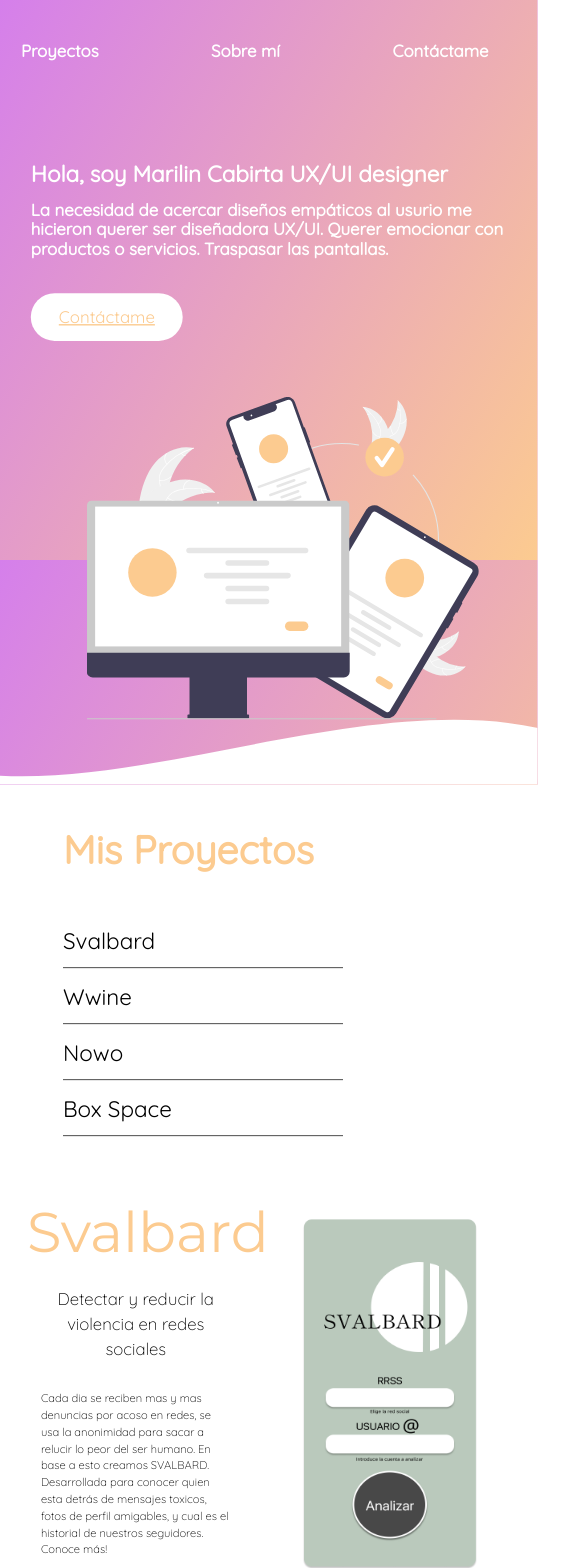
Repository: Marilyncabirta/portfolioHTML
Page: index.html
These files come from the project's save history. The page is drawn as it stood at one moment and after the next save; the edit follows.
The browser window is 768 px wide. The page is 818 px wide, so the pictures cover 818 px, including what lies to the right of the window. The pictures show the part of the page from y = 0 to 2240 px (the page is 4669 px tall), at 70% of full size.
Backgrounds fixed to the window are drawn as part of the page. Some web libraries are served in a nearby version.

Above is the page before, as saved 2022-12-16 13:14:40.

After the next save:
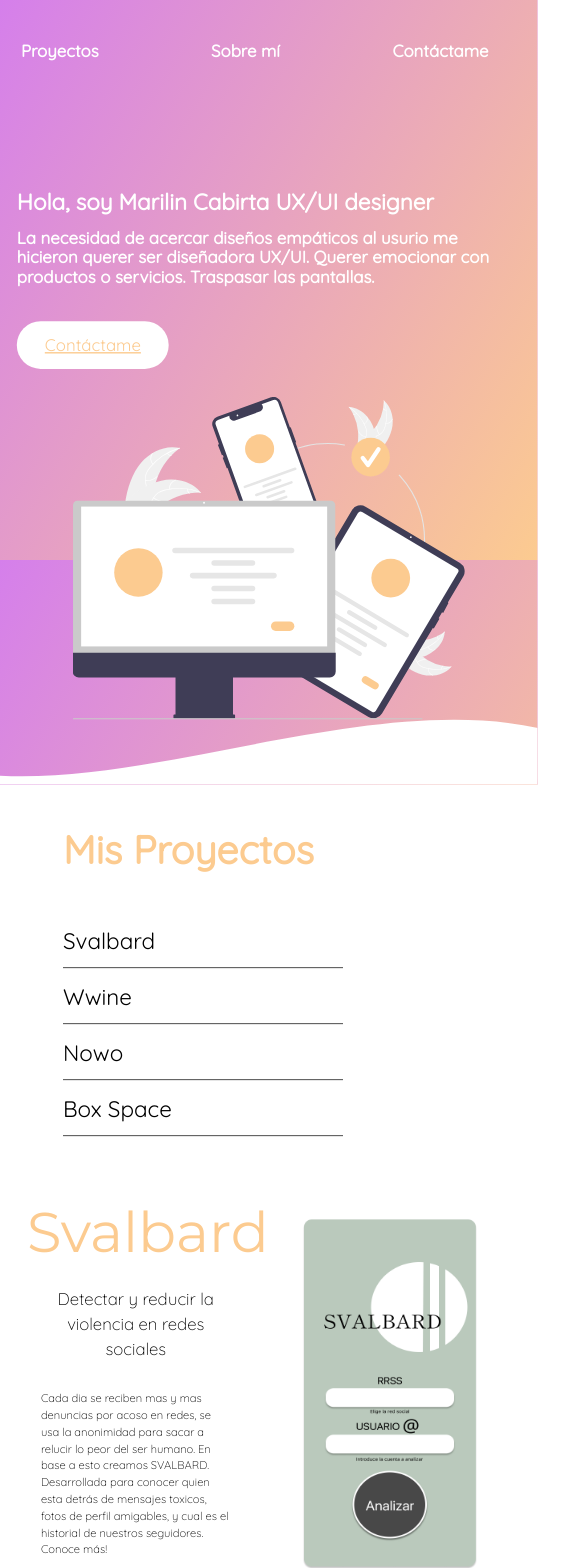
Saved 24 s later.
--- a/css/estilos.css
+++ b/css/estilos.css
@@ -355,6 +355,8 @@
         }
 
         .hero__contenedor{
+            width: auto;
+            height: auto;
             display: grid;
             grid-template-columns: 1fr ;
             justify-content: center;
@@ -368,8 +370,6 @@
             font-size: 2rem;
             margin-bottom: 20px;
         }
-
-
 
         .about__container{
             width: 90%;

After the save that followed:
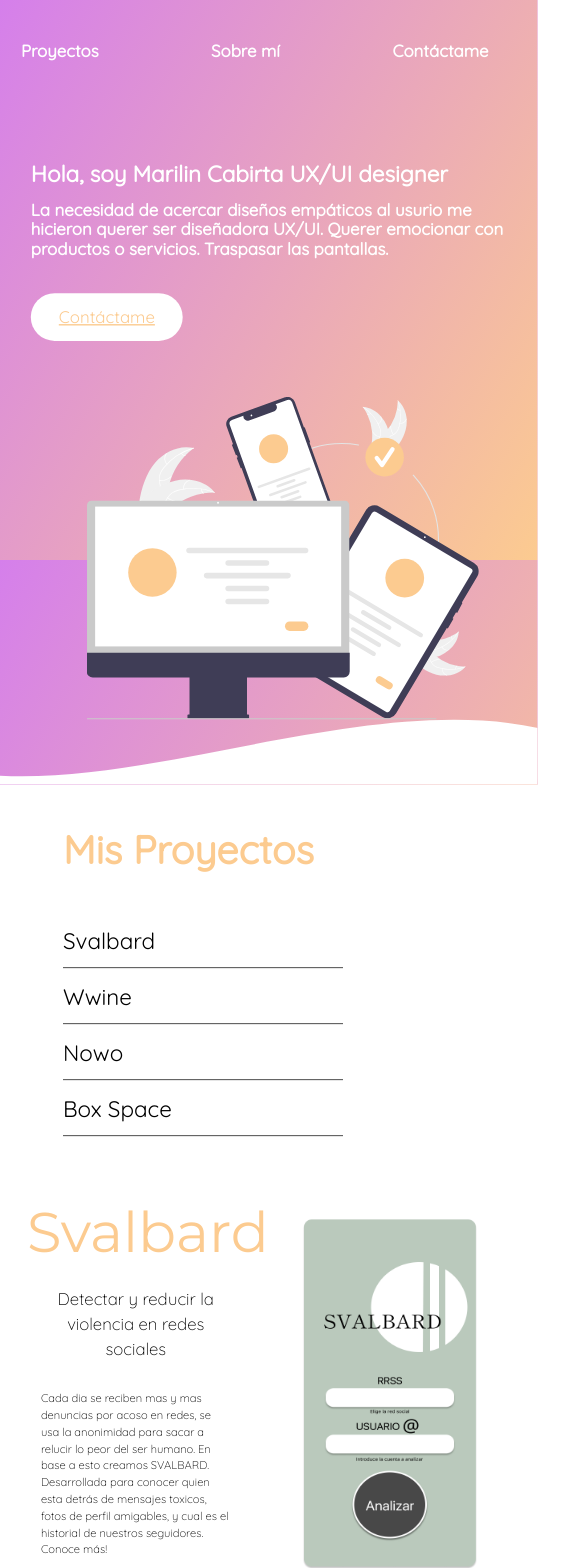
Saved 78 s later.
--- a/css/estilos.css
+++ b/css/estilos.css
@@ -355,8 +355,6 @@
         }
 
         .hero__contenedor{
-            width: auto;
-            height: auto;
             display: grid;
             grid-template-columns: 1fr ;
             justify-content: center;
@@ -364,6 +362,10 @@
             padding-bottom: 50px;
             margin: 20px;
 
+        }
+        .hero{
+            width: auto;
+            height: max-content;
         }
 
         .hero__title{
